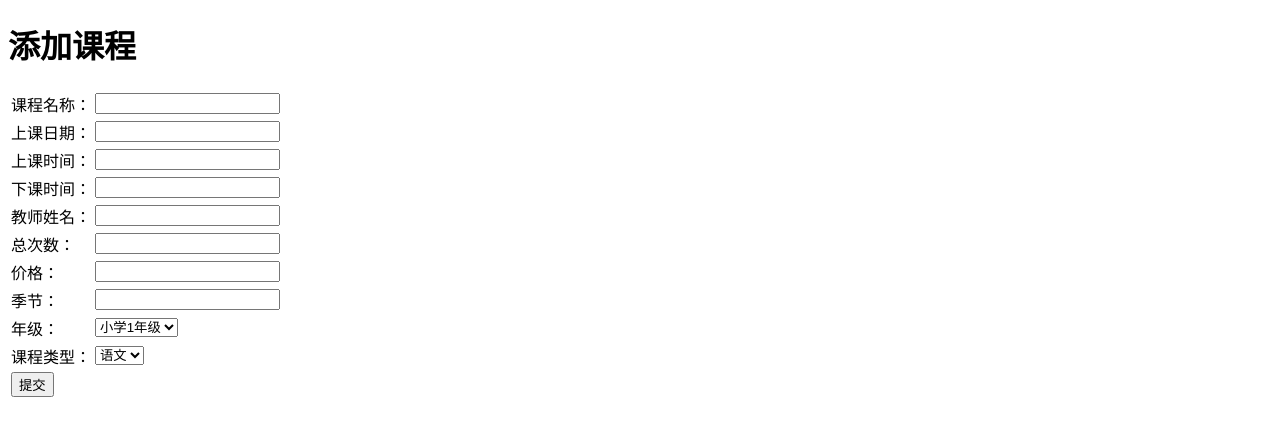
Repository: arkulo56/codeLibrary
Page: http://localhost/firstWeb/addCourse.jsp
The author's editor kept a copy of each file at every save. The page is drawn from the files as they stood at one save, then again after the next save.
The browser window is 1280 px wide. The pictures show the whole page.
The page is served by Tomcat 9.

Above is the page before, as saved 2016-04-21 08:37:26.

After the next save:
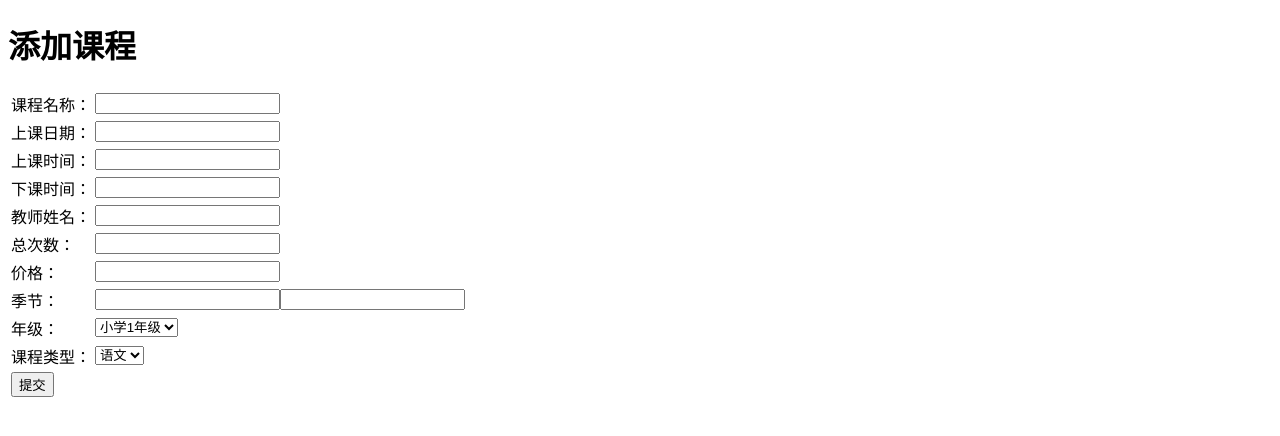
Saved 54 s later.
--- a/java/firstWeb/WebContent/addCourse.jsp
+++ b/java/firstWeb/WebContent/addCourse.jsp
@@ -42,7 +42,7 @@
 </tr>
 <tr>
 	<td>季节：</td>
-	<td><input type="text" name="season" /></td>
+	<td><input type="text" name="season" /><input type="text" name="status" /></td>
 </tr>
 <tr>
 	<td>年级：</td>
